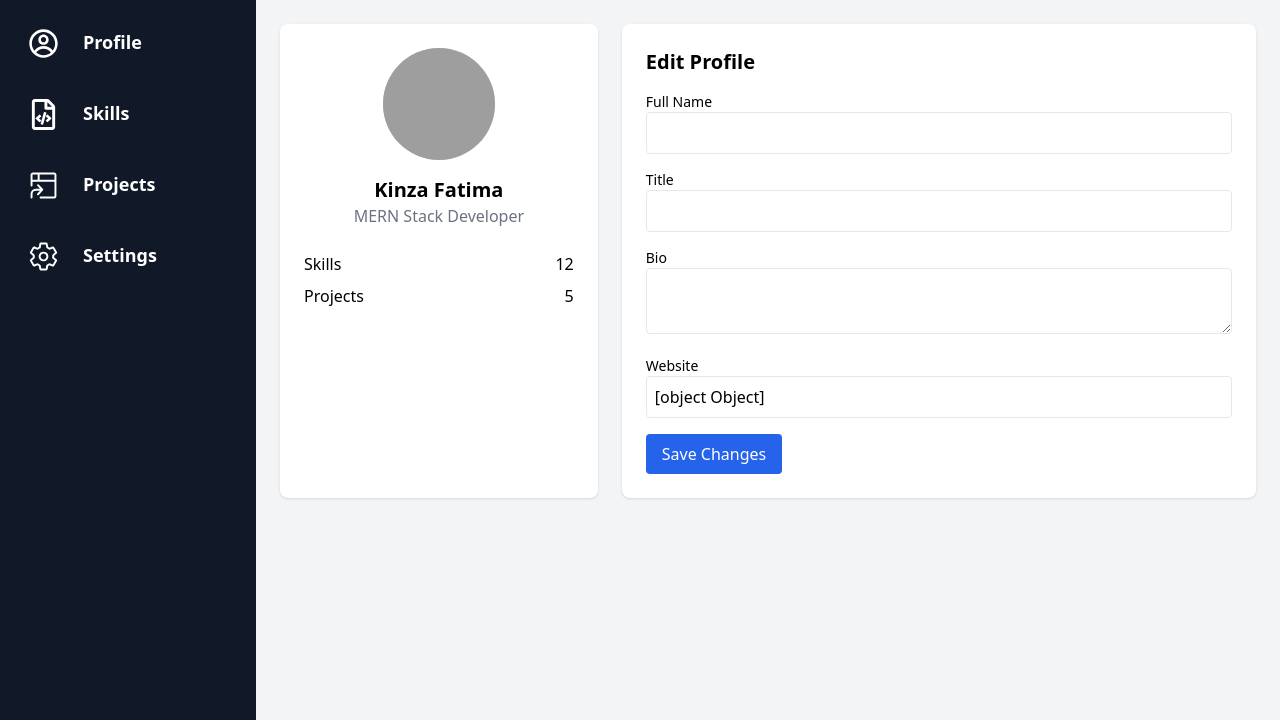
Repository: alizey12/DevLinker-Developer-Portfolio-Builder
Page: /dashboard/profile
The author's editor kept a copy of each file at every save. The page is drawn from the files as they stood at one save, then again after a run of saves.
The browser window is 1280 px wide. The pictures show the whole page.
Pictures or frames that could not be fetched are drawn as grey boxes. The project was rebuilt for these pictures with package versions that can differ from the ones it lists, and the page was loaded fresh each time. Also part of the build but not shown: vite.config.js, src/Pages/Login.jsx, src/Pages/Signup.jsx, src/Pages/Portfolio.jsx, src/Pages/Page404.jsx, src/Pages/Dashboard/Skills.jsx, src/Pages/Dashboard/Project.jsx, src/Pages/Dashboard/Setting.jsx.

Above is the page before, as saved 2025-06-28 21:38:02.

### src/main.jsx
import { StrictMode } from 'react'

import { createRoot } from 'react-dom/client'
import './index.css'
import App from './App.jsx'
import { BrowserRouter } from 'react-router'

createRoot(document.getElementById('root')).render(
  <StrictMode>
  <BrowserRouter>
    <App />
    </BrowserRouter>
  </StrictMode>,
)

### src/App.jsx
import AppRoutes from "./Routes/AppRoutes";

function App() {
  return (
    <>
<AppRoutes />
    </>
  )
}

export default App

### src/Routes/AppRoutes.jsx
import React from 'react';
import { Routes, Route } from 'react-router';

import DashboardLayout from '../Components/Layout/DashboardLayout';
import Login from '../Pages/Login';
import Signup from '../Pages/Signup';
import Portfolio from '../Pages/Portfolio';
import Page404 from "../Pages/Page404";

import Profile from '../Pages/Dashboard/Profile';
import Skills from '../Pages/Dashboard/Skills';
import Projects from '../Pages/Dashboard/Project';
import Settings from '../Pages/Dashboard/Setting';

const AppRoutes = () => {
  return (
    <Routes>
      {/* Public Routes */}
      <Route path='/' element={<Login />} />
      <Route path='/signup' element={<Signup />} />
      <Route path='/portfolio/:username' element={<Portfolio />} />

      {/* Dashboard Routes */}
      <Route path='/dashboard' element={<DashboardLayout />}>
        <Route path="profile" element={<Profile />} />
        <Route path="skills" element={<Skills />} />
        <Route path="projects" element={<Projects />} />
        <Route path="settings" element={<Settings />} />
      </Route>

      {/* 404 Page */}
      <Route path='*' element={<Page404 />} />
    </Routes>
  );
};

export default AppRoutes;

### src/Components/Layout/DashboardLayout.jsx
import React from 'react'
import { Outlet } from 'react-router'
import Sidebar from '../Sidebar'

const DashboardLayout = () => {
  return (
    <div className="flex min-h-screen">
      {/* Sidebar on the left */}
      <Sidebar />

      {/* Main content */}
      <main className="flex-1 p-6 bg-gray-100">
        <Outlet />
      </main>
    </div>
  )
}

export default DashboardLayout

### src/Pages/Dashboard/Profile.jsx
import React, { useState } from 'react'



const Profile = () => {
  const [formData, setFormData] = useState({
    name: '',
  title: '',
  bio: '',
  website: '',
  });
  function handleInput(e) {
    setFormData([...formData],[e.target.value])
  }
  function handleSubmit() {

  }
  return (
    <div className="flex flex-col md:flex-row gap-6">
      {/* Left: Profile Card */}
      <div className="w-full md:w-1/3 bg-white p-6 rounded-lg shadow">
        <img
          src="https://static.vecteezy.com/system/resources/previews/036/473/336/original/ai-generated-asian-girl-as-a-modern-day-tech-entrepreneur-on-transparent-background-png.png"
          alt="Avatar"
          className="w-28 h-28 bg-gray-300 rounded-full mx-auto"
        />
        <h2 className="text-center text-xl font-semibold mt-4">Kinza Fatima</h2>
        <p className="text-center text-gray-500">MERN Stack Developer</p>

        {/* Stats */}
        <div className="mt-6 space-y-2">
          <div className="flex justify-between">
            <span>Skills</span>
            <span>12</span>
          </div>
          <div className="flex justify-between">
            <span>Projects</span>
            <span>5</span>
          </div>
        </div>
      </div>

      {/* Right: Edit Form */}
      <div className="w-full md:w-2/3 bg-white p-6 rounded-lg shadow">
        <h2 className="text-xl font-semibold mb-4">Edit Profile</h2>
        <form className="space-y-4">
          <div>
            <label className="block text-sm font-medium">Full Name</label>
            <input value={formData.value} onChange={handleInput} type="text" className="w-full border p-2 rounded" />
          </div>
          <div>
            <label className="block text-sm font-medium">Title</label>
            <input value={formData.value} onChange={handleInput} type="text" className="w-full border p-2 rounded" />
          </div>
          <div>
            <label className="block text-sm font-medium">Bio</label>
            <textarea value={formData.value} onChange={handleInput} className="w-full border p-2 rounded"></textarea>
          </div>
          <div>
            <label className="block text-sm font-medium">Website</label>
            <input value={formData} onChange={handleInput} type="url" className="w-full border p-2 rounded" />
          </div>
          <button onClick={handleSubmit} className="bg-blue-600 text-white px-4 py-2 rounded">Save Changes</button>
        </form>
      </div>
    </div>
  )
}

export default Profile

### src/Components/Sidebar.jsx
import React from 'react'
import { NavLink } from 'react-router'
import { CgProfile } from "react-icons/cg";
import { FaRegFileCode } from "react-icons/fa";
import { GoProjectSymlink } from "react-icons/go";
import { IoSettingsOutline } from "react-icons/io5";

const Sidebar = () => {
  return (
    <div>
      <aside className="w-64 min-h-screen bg-gray-900 text-white p-4">
  <ul className="space-y-4">
    <li className='flex '><CgProfile className='p-3' size={55}/> <NavLink className='p-3 font-semibold text-lg' to="profile">Profile</NavLink></li>
    <li className='flex'><FaRegFileCode className='p-3' size={55}/> <NavLink className='p-3 font-semibold text-lg'  to="skills">Skills</NavLink></li>
    <li className='flex'><GoProjectSymlink  className='p-3' size={55}/> <NavLink className='p-3 font-semibold text-lg'  to="projects">Projects</NavLink> </li>
    <li className='flex'><IoSettingsOutline className='p-3' size={55} /> <NavLink className='p-3 font-semibold text-lg'  to="settings">Settings</NavLink></li>
  </ul>
</aside>

    </div>
  )
}

export default Sidebar

Loaded but not shown: index.html (common file); src/index.css (common file); tailwind.config.js (common file)

After the next 2 saves:
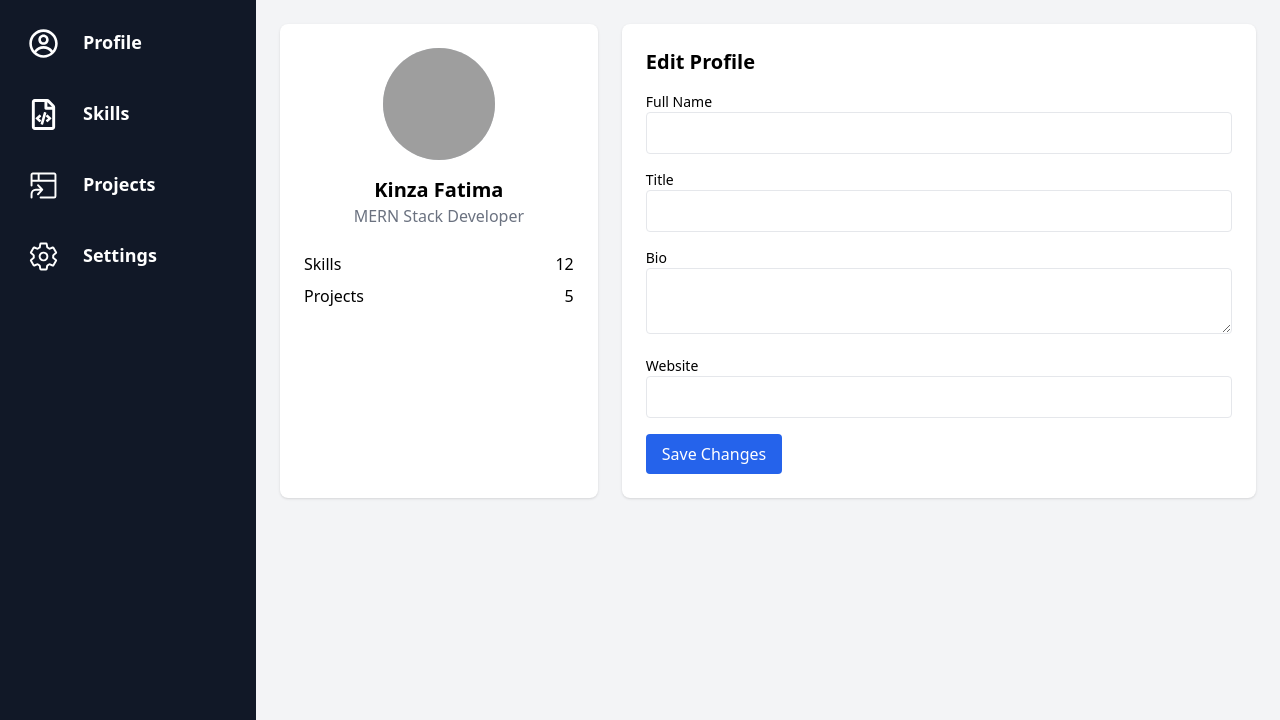
The 2 saves are shown as one change because they came seconds apart.
The last was saved 2 min 32 s later.
--- a/src/Pages/Dashboard/Profile.jsx
+++ b/src/Pages/Dashboard/Profile.jsx
@@ -10,10 +10,7 @@ const Profile = () => {
   website: '',
   });
   function handleInput(e) {
-    setFormData([...formData],[e.target.value])
-  }
-  function handleSubmit() {
-
+    setFormData([...formData])
   }
   return (
     <div className="flex flex-col md:flex-row gap-6">
@@ -46,21 +43,21 @@ const Profile = () => {
         <form className="space-y-4">
           <div>
             <label className="block text-sm font-medium">Full Name</label>
-            <input value={formData.value} onChange={handleInput} type="text" className="w-full border p-2 rounded" />
+            <input value={formData.value} onChange={(e)=>handleInput(e.target.value)} type="text" className="w-full border p-2 rounded" />
           </div>
           <div>
             <label className="block text-sm font-medium">Title</label>
-            <input value={formData.value} onChange={handleInput} type="text" className="w-full border p-2 rounded" />
+            <input value={formData.value} onChange={(e)=>handleInput(e.target.value)} type="text" className="w-full border p-2 rounded" />
           </div>
           <div>
             <label className="block text-sm font-medium">Bio</label>
-            <textarea value={formData.value} onChange={handleInput} className="w-full border p-2 rounded"></textarea>
+            <textarea value={formData.value} onChange={(e)=>handleInput(e.target.value)} className="w-full border p-2 rounded"></textarea>
           </div>
           <div>
             <label className="block text-sm font-medium">Website</label>
-            <input value={formData} onChange={handleInput} type="url" className="w-full border p-2 rounded" />
+            <input value={formData.value} onChange={(e)=>handleInput(e.target.value)} type="url" className="w-full border p-2 rounded" />
           </div>
-          <button onClick={handleSubmit} className="bg-blue-600 text-white px-4 py-2 rounded">Save Changes</button>
+          <button  className="bg-blue-600 text-white px-4 py-2 rounded">Save Changes</button>
         </form>
       </div>
     </div>
